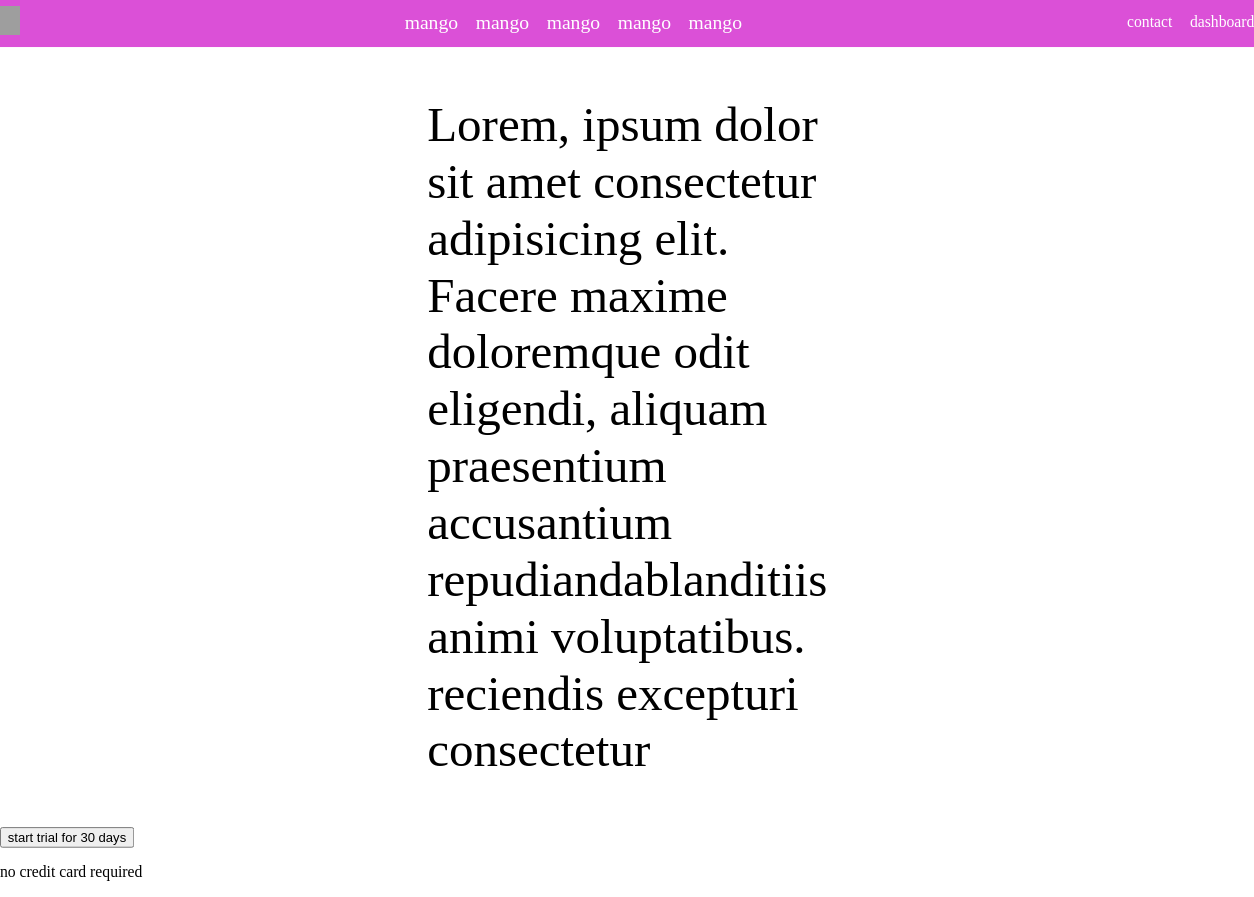
Repository: monikapoudel/full-stack-learning
Page: day6.html
These files come from the project's save history. The page is drawn as it stood at one moment and after a run of saves; the edit follows.
The browser window is 1280 px wide. The pictures show the whole page, at 98% of full size.
Pictures or frames that could not be fetched are drawn as grey boxes.

Above is the page before, as saved 2025-01-22 21:32:30.

### day6.html
<!DOCTYPE html>
<html lang="en">
<head>
    <meta charset="UTF-8">
    <meta name="viewport" content="width=device-width, initial-scale=1.0">
    <title>Day6</title>
    <link rel="stylesheet" href="./day6.css">
</head>
<body>


    <div class="navbar">
        <div>
          <img class="logo" src="logo.web" alt="logo">
        </div>
        <div class="secondchild">
            <p>mango</p>
            <p>mango</p>
            <p>mango</p>
            <p>mango</p>
            <p>mango</p>

        </div>
        <div class="thirdchild">
            <p>contact</p>
            <p class="dashboard">dashboard</p>
        </div>

    </div>

    <div class="mainhero">
        <p class="herotext">Lorem, ipsum dolor sit amet consectetur adipisicing elit.
            Facere maxime doloremque odit eligendi, aliquam praesentium accusantium repudiandablanditiis animi voluptatibus. <span class="blue"> reciendis excepturi consectetur</span></p>


    </div>
    <button>start trial for 30 days</button>
    <p>no credit card required</p>
    <p></p>

</body>
</html>

### day6.css
body{
    padding: 0px;
    margin: 0px;
}



.navbar{
    background-color: rgb(219, 80, 215);
    color: white;
    display: flex;
    justify-content: space-between;
    height: 30px;
    align-items: center;
    padding: 8px 0px 10px 0px;
}
.logo{
    height: 30px;
    width: 20px;
    object-fit: cover;
}
.secondchild{
    display: flex;
    /* /* justify-content: space-between; its not useful */
    gap: 18px;
    font-size: 20px;
}

.thirdchild{
    display: flex;
    gap:18px;
    align-items: center;
}
.dashbutton{
    border: 1px solid white;
    padding: 6px;
    border: radius50px;
}
.mainhero{
    /* vertical width */
    width: 70;
    /* margin: auto; */
    display: flex;
    flex-direction: column;
    align-items: center;


}
.herotext{
    font-size: 50px;
    /* margin: 100px; */
}
.textblue{
    color: skyblue;
}

.mainhero{
    width: 70px;
    margin: auto;
    display: flex;
    flex-direction: column;
    align-items: center;
}

After the next 2 saves:
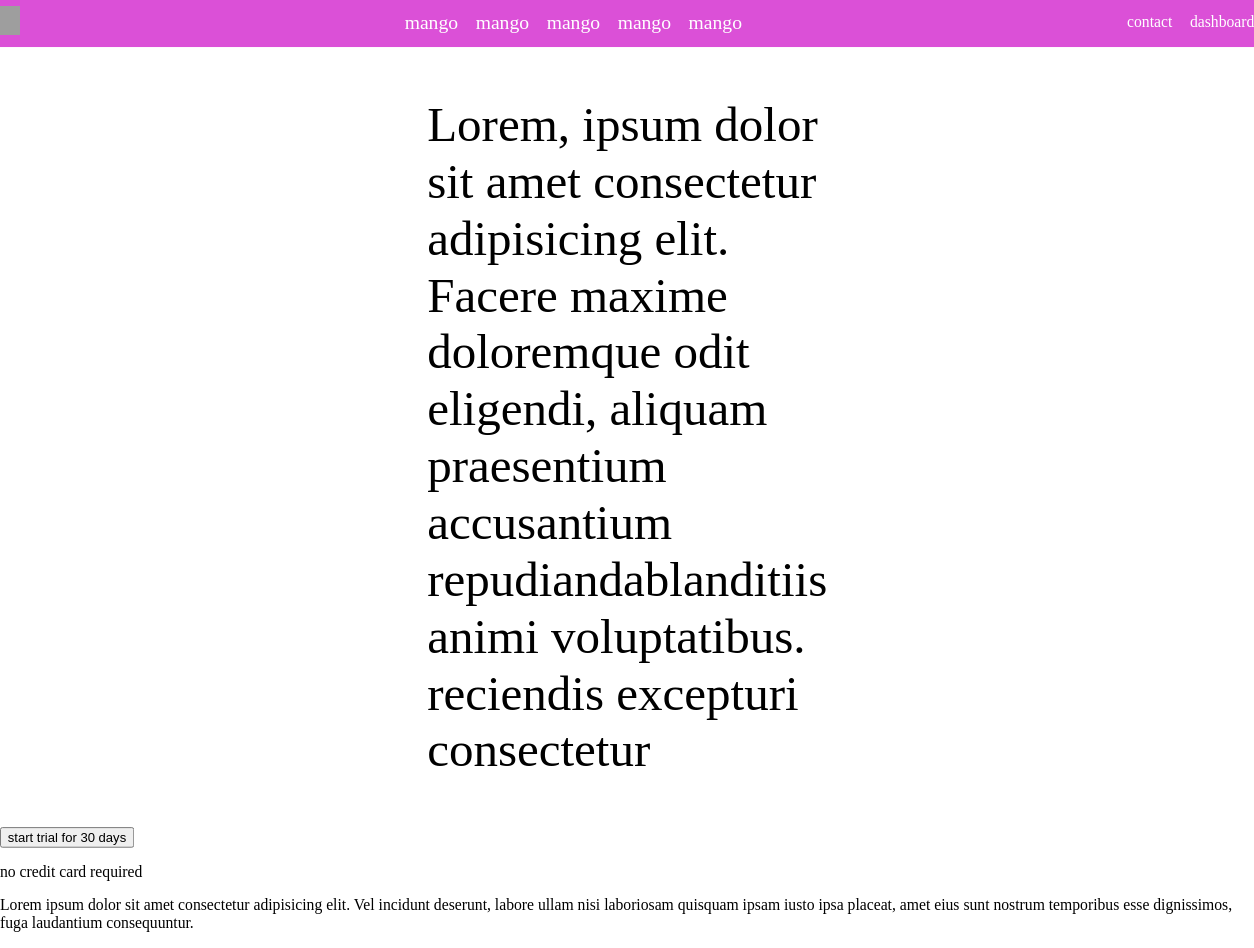
The 2 saves are shown as one change because they came seconds apart.
The last was saved 7 s later.
--- a/day6.html
+++ b/day6.html
@@ -36,7 +36,7 @@
     </div>
     <button>start trial for 30 days</button>
     <p>no credit card required</p>
-    <p></p>
+    <p>Lorem ipsum dolor sit amet consectetur adipisicing elit. Vel incidunt deserunt, labore ullam nisi laboriosam quisquam ipsam iusto ipsa placeat, amet eius sunt nostrum temporibus esse dignissimos, fuga laudantium consequuntur.</p>
 
 </body>
 </html>
